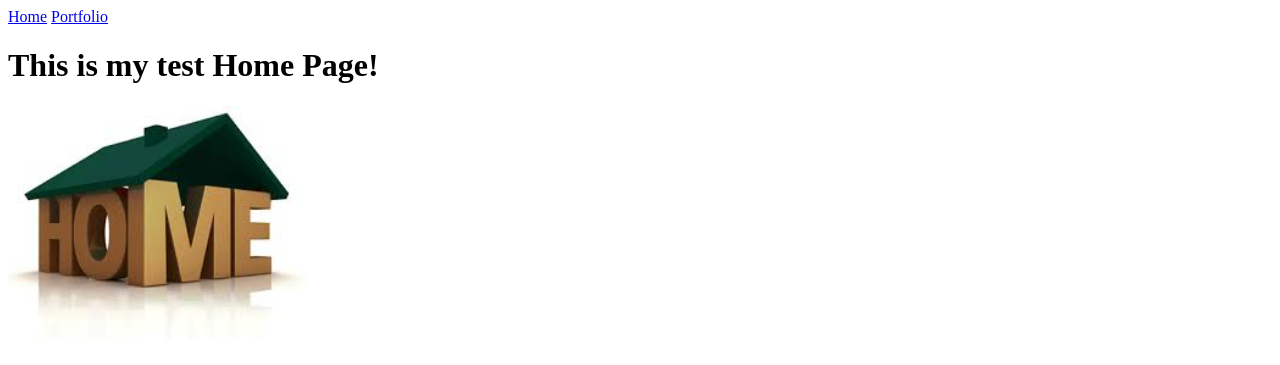
Repository: CoreyEsqueda/CoreyEsqueda.github.io
Page: my_website/index.html
The author's editor kept a record of every edit. The page is drawn from the files as they stood at one moment, then again after the next edit.
The browser window is 1280 px wide. The pictures show the whole page.

Above is the page before.

After the next edit:
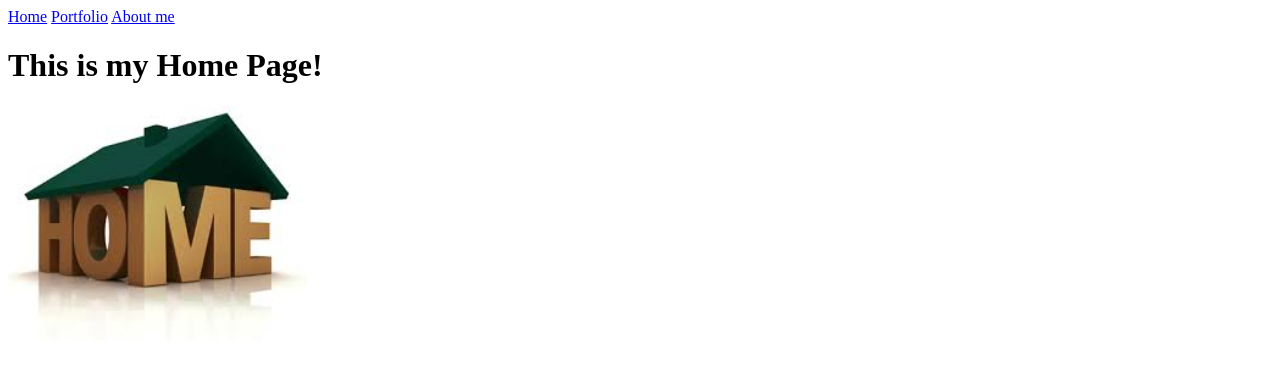
The edit:
--- a/my_website/index.html
+++ b/my_website/index.html
@@ -7,7 +7,8 @@
   <body>
     <a href="index.html">Home</a>
     <a href="portfolio.html">Portfolio</a>
-    <h1>This is my test Home Page!</h1>
+    <a href="aboutme.html">About me</a>
+    <h1>This is my Home Page!</h1>
     <img src="images/home.jpg" height="250">
   </body>
 </html>
